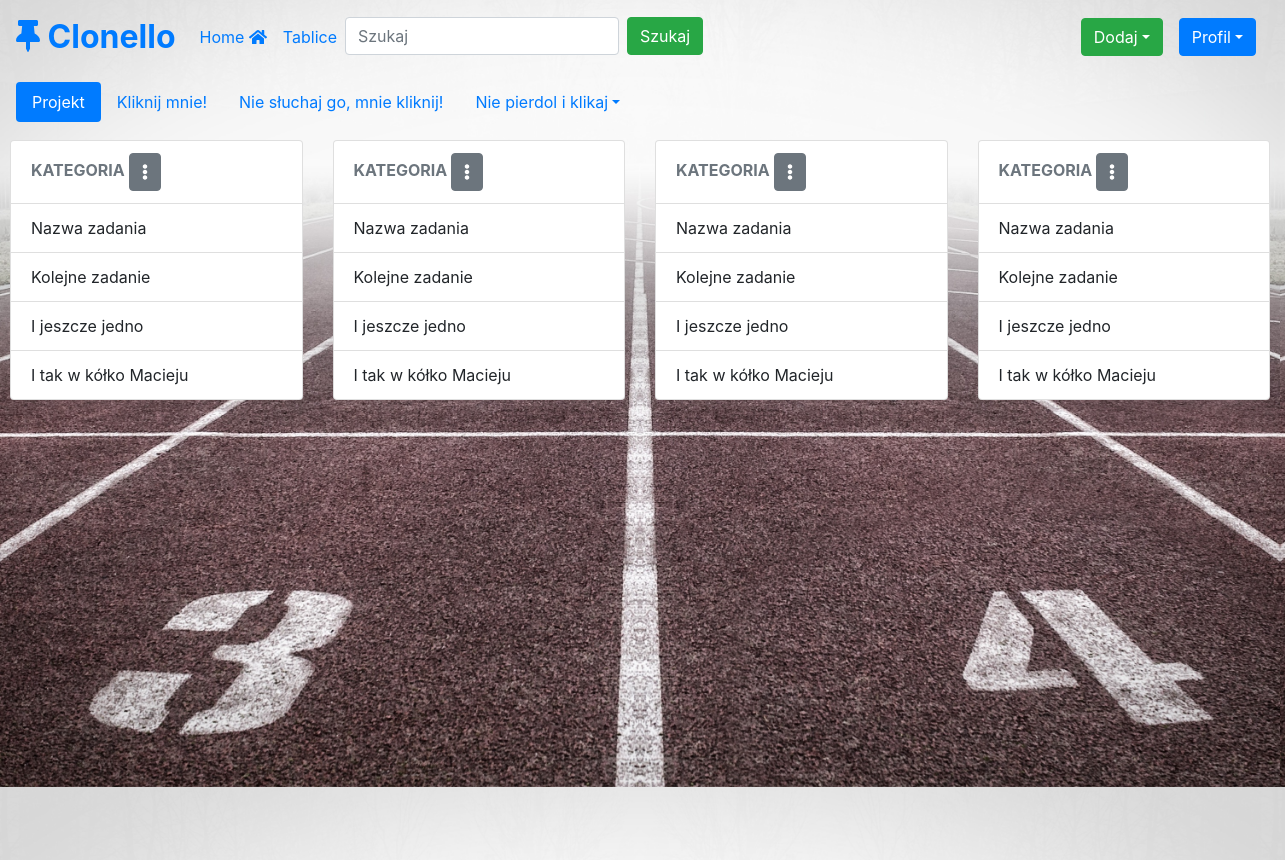
Repository: jnehlt/PAW-lab
Page: / (app in Frontend/clonello/)
The author's editor kept a copy of each file at every save. The page is drawn from the files as they stood at one save, then again after the next save.
The browser window is 1280 px wide. The page is 1285 px wide, so the pictures cover 1285 px, including what lies to the right of the window. The pictures show the whole page.
The project was rebuilt for these pictures with package versions that can differ from the ones it lists, and the page was loaded fresh each time.

Above is the page before, as saved 2020-04-24 23:24:15.

After the next save:
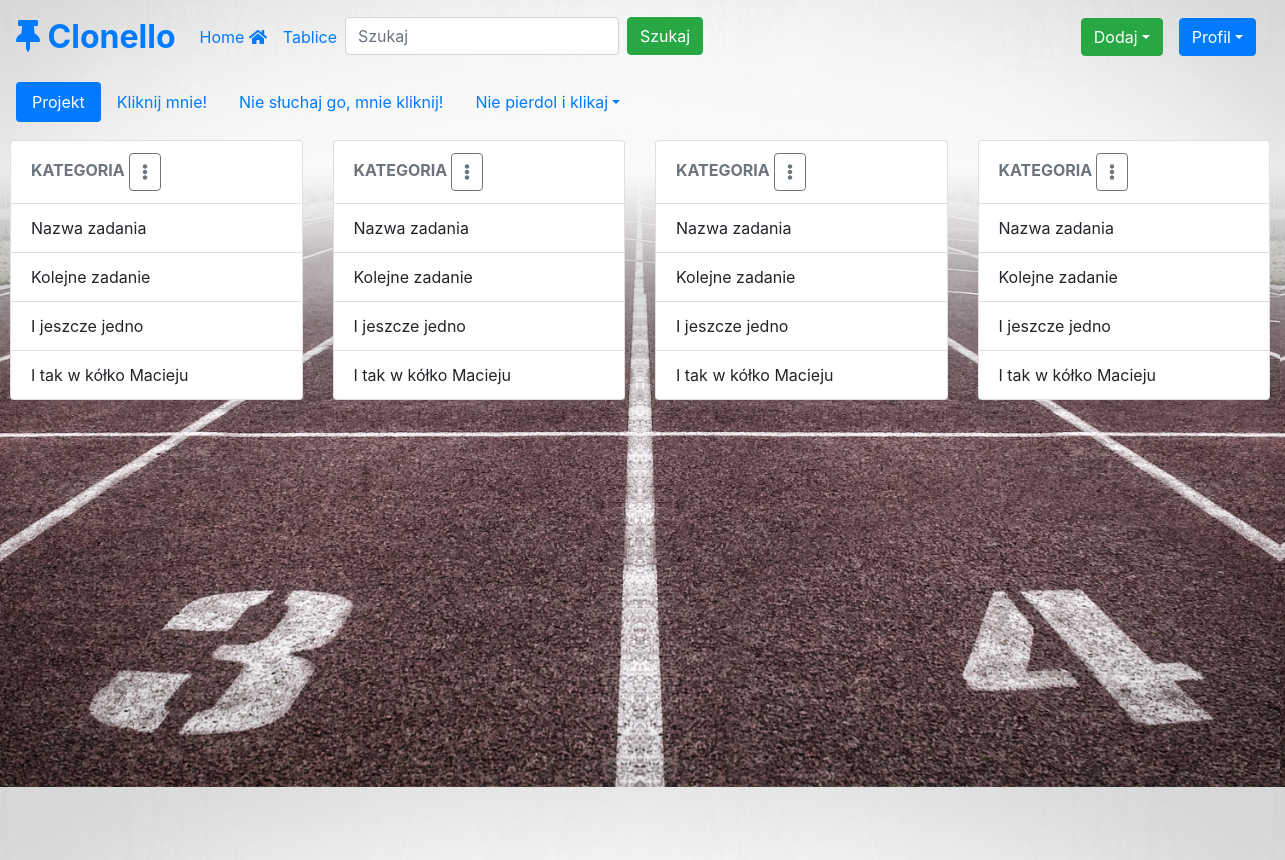
Saved 46 s later.
--- a/Frontend/clonello/src/components/MainCard.vue
+++ b/Frontend/clonello/src/components/MainCard.vue
@@ -1,7 +1,7 @@
 <template>
         <div class="col-3 col-md-3 col-sm-3">
             <ul class="list-group">
-                <li class="list-group-item disabled list-head" aria-disabled="true">Kategoria <b-button class="btn btn-kropki"><i class="fas fa-ellipsis-v"></i></b-button></li>
+                <li class="list-group-item disabled list-head" aria-disabled="true">Kategoria <b-button variant="outline-secondary"><i class="fas fa-ellipsis-v"></i></b-button></li>
                 <li class="list-group-item">Nazwa zadania</li>
                 <li class="list-group-item">Kolejne zadanie</li>
                 <li class="list-group-item">I jeszcze jedno</li>
